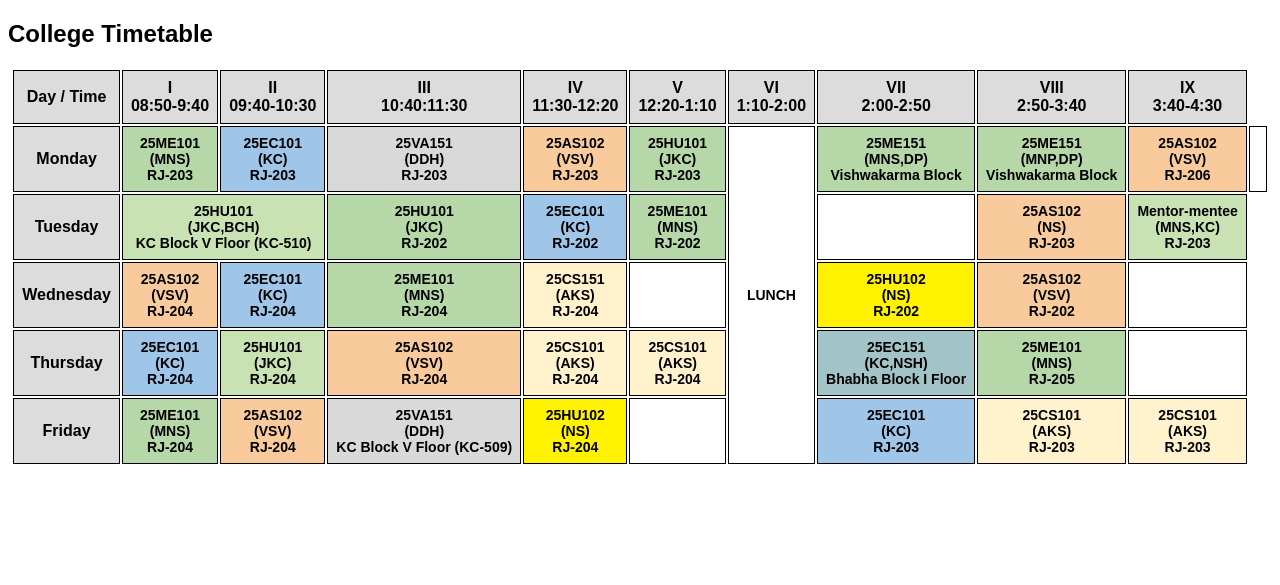
Repository: Glory998/ELCE1-32
Page: experiment3.html
An editor plug-in stored every save of this project. The page is shown before and after the next save, followed by the edit.
The browser window is 1280 px wide. The pictures show the whole page.

Above is the page before, as saved 2025-10-25 01:07:51.

### experiment3.html
<!DOCTYPE html>
<html lang="en">
    <head>
        <meta charset="UTF"-8>
        <meta name="viewport"
        content="width=device-width,
        initial-scale=1.0">
        <title>Class Timetable</title>
        <style>
            body {
                font-family: Arial, sans-serif;
                text-align: center
                background-color: #f9f9f9;
            }
            table {
                width: 100%
                border-collapse: collapse;
            margin: 20px auto;
            }
            th, td {
                border: 1px solid #000;
                padding: 8px;
                text-align: center;
            }
            th {
                background-color: #dcdcdc;
            }
            td {
                font-size: 14px;
                font-weight: bold;
            }
            /* Subject Color */
            .green { background-color:
                #b6d7a8; }  /* MNS */
                .blue { background-color:
                    #9fc5e8; }  /* KC */
                    .orange {  background-color:
            #f9cb9c; }  /* VSV */
            .yellow { background-color:
                #fff200; }  /* NS */
                .lightgreen { background-color:
                    #c9e2b3; }  /* Mentor/mentee */
                    .grey { background-color:
                        #d9d9d9; }  /* DDH */
                        .cream { background-color:
                            #fff2cc; }  /* AKS */
                            .lightblue { background-color:
                                #a2c4c9; }  /* Lab blocks */
                                </style>
                                </head>
                                <body>

                                    <h2>College Timetable</h2>

                                    <table>
                                        <tr>
                                            <th>Day / Time</th>
                                            <th>I<br>08:50-9:40</th>
                                            <th>II<br>09:40-10:30</th>
                                            <th>III<br>10:40:11:30</th>
                                            <th>IV<br>11:30-12:20</th>
                                            <th>V<br>12:20-1:10</th>
                                            <th>VI<br>1:10-2:00</th>
                                            <th>VII<br>2:00-2:50</th>
                                            <th>VIII<br>2:50-3:40</th>
                                            <th>IX<br>3:40-4:30</th>
                                            </tr>

                                            <tr>
                                                <th>Monday</th>
                                                <td
                                                class="green">25ME101<br>(MNS)<br>RJ-203</td>
                                                <td
                                                class="blue">25EC101<br>(KC)<br>RJ-203</td>
                                                <td
                                                class="grey">25VA151<br>(DDH)<br>RJ-203</td>
                                                <td
                                                class="orange">25AS102<br>(VSV)<br>RJ-203</td>
                                                <td
                                                class="green">25HU101<br>(JKC)<br>RJ-203</td>
                                                <td rowspan="5">LUNCH</td>
                                                <td
                                                class="green">25ME151<br>(MNS,DP)<br>Vishwakarma Block</td>
                                                <td
                                                class="green">25ME151<br>(MNP,DP)<br>Vishwakarma Block</td>
                                                <td
                                                class="orange">25AS102<br>(VSV)<br>RJ-206</td>
                                                <td></td>
                                                </tr>
                                                <th>Tuesday</th>
                                                <td colspan="2"
                                                class="lightgreen">25HU101<br>(JKC,BCH)<br>KC Block V Floor (KC-510)</td>
                                                <td
                                                class="green">25HU101<br>(JKC)<br>RJ-202</td>
                                                <td
                                                class="blue">25EC101<br>(KC)<br>RJ-202</td>
                                                <td
                                                class="green">25ME101<br>(MNS)<br>RJ-202</td>
                                            <td></td>
                                            <td
                                            class="orange">25AS102<br>(NS)<br>RJ-203</td>
                                            <td
                                            class="lightgreen">Mentor-mentee<br>(MNS,KC)<br>RJ-203</td>
                                            </tr>

                                            <tr>
                                                <th>Wednesday</th>
                                                <td
                                                class="orange">25AS102<br>(VSV)<br>RJ-204</td>
                                                <td
                                                class="blue">25EC101<br>(KC)<br>RJ-204</td>
                                                <td
                                                class="green">25ME101<br>(MNS)<br>RJ-204</td>
                                                <td
                                                class="cream">25CS151<br>(AKS)<br>RJ-204</td>
                                                <td></td>
                                                <td
                                                class="yellow">25HU102<br>(NS)<br>RJ-202</td>
                                                <td
                                                class="orange">25AS102<br>(VSV)<br>RJ-202</td>
                                                <td></td>
                                                </tr>
                                                <th>Thursday</th>
                                                <td
                                                class="blue">25EC101<br>(KC)<br>RJ-204</td>
                                                <td
                                                class="lightgreen">25HU101<br>(JKC)<br>RJ-204</td>
                                                <td
                                                class="orange">25AS102<br>(VSV)<br>RJ-204</td>
                                                <td
                                                class="cream">25CS101<br>(AKS)<br>RJ-204</td>
                                                <td
                                                class="cream">25CS101<br>(AKS)<br>RJ-204</td>
                                                <td
                                                class="lightblue">25EC151<br>(KC,NSH)<br>Bhabha Block I Floor</td>
                                                <td
                                                class="green">25ME101<br>(MNS)<br>RJ-205</td>
                                                <td></td>
                                            </tr>

                                            <tr>
                                                <th>Friday</th>
                                                <td
                                                class="green">25ME101<br>(MNS)<br>RJ-204</td>
                                                <td
                                                class="orange">25AS102<br>(VSV)<br>RJ-204</td>
                                                <tD
                                                class="grey">25VA151<br>(DDH)<br>KC Block V Floor (KC-509)</td>
                                                <td
                                                class="yellow">25HU102<br>(NS)<br>RJ-204</td>
                                                <td></td>
                                                <td
                                                class="blue">25EC101<br>(KC)<br>RJ-203</td>
                                                <td
                                                class="cream">25CS101<br>(AKS)<br>RJ-203</td>
                                                <td
                                                class="cream">25CS101<br>(AKS)<br>RJ-203</td>
                                                </tr>
                                                </table>

                                            </body>
                                            </html>

After the next save:
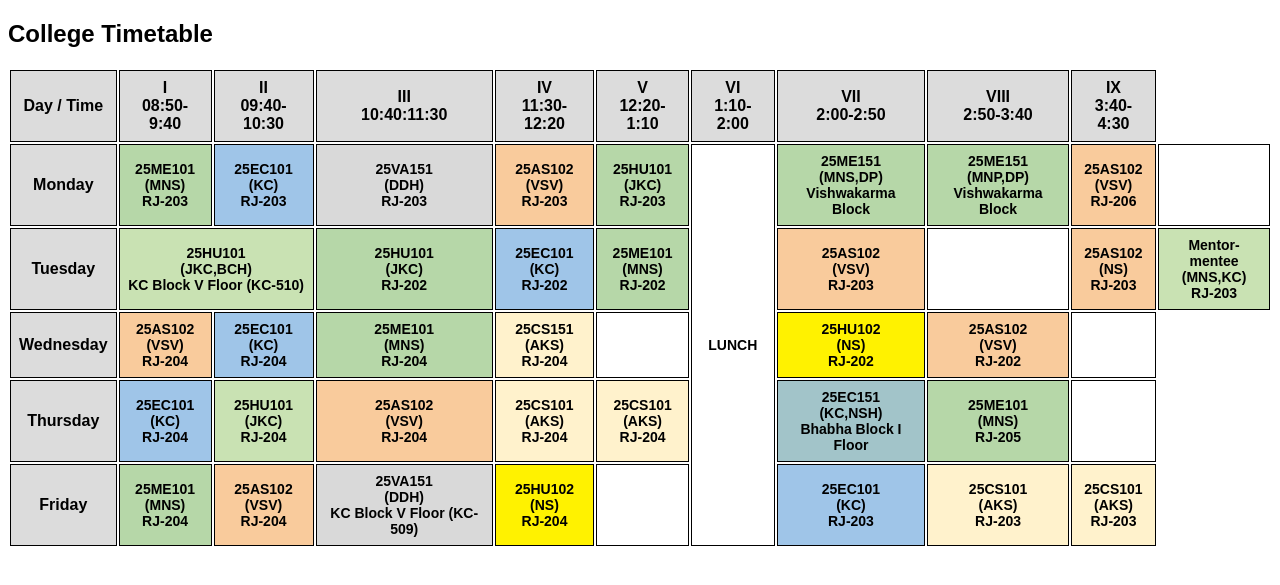
Saved 104 s later.
--- a/experiment3.html
+++ b/experiment3.html
@@ -96,6 +96,8 @@
                                                 class="blue">25EC101<br>(KC)<br>RJ-202</td>
                                                 <td
                                                 class="green">25ME101<br>(MNS)<br>RJ-202</td>
+                                                <td
+                                                class="orange">25AS102<br>(VSV)<br>RJ-203</td>
                                             <td></td>
                                             <td
                                             class="orange">25AS102<br>(NS)<br>RJ-203</td>
